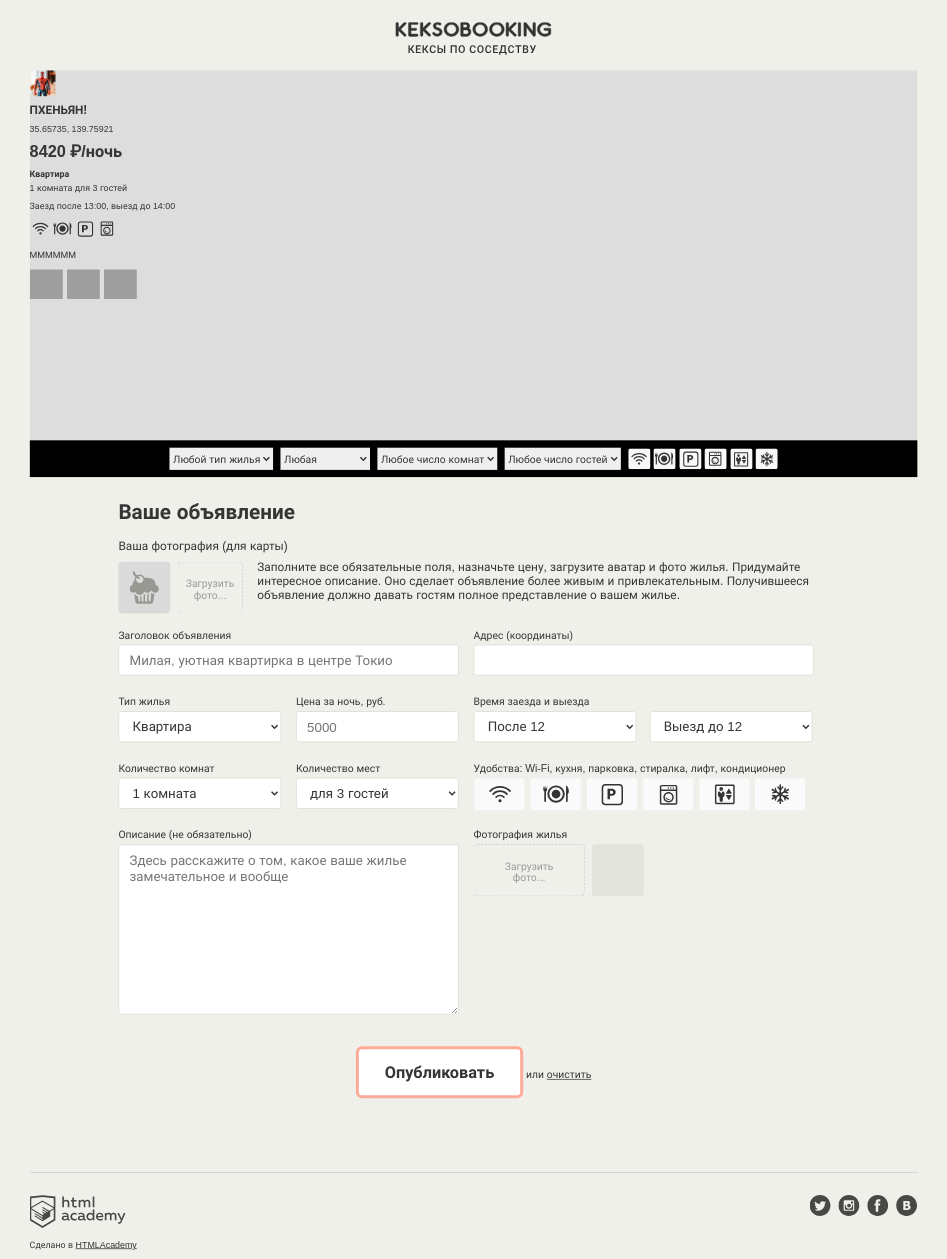
Repository: FirstBroRussia/1806037-keksobooking-24
Page: index.html
An editor plug-in stored every save of this project. The page is shown before and after the next save, followed by the edit.
The browser window is 1280 px wide. The pictures show the whole page, at 74% of full size.
Pictures or frames that could not be fetched are drawn as grey boxes.

Above is the page before, as saved 2021-12-02 01:44:40.

After the next save:
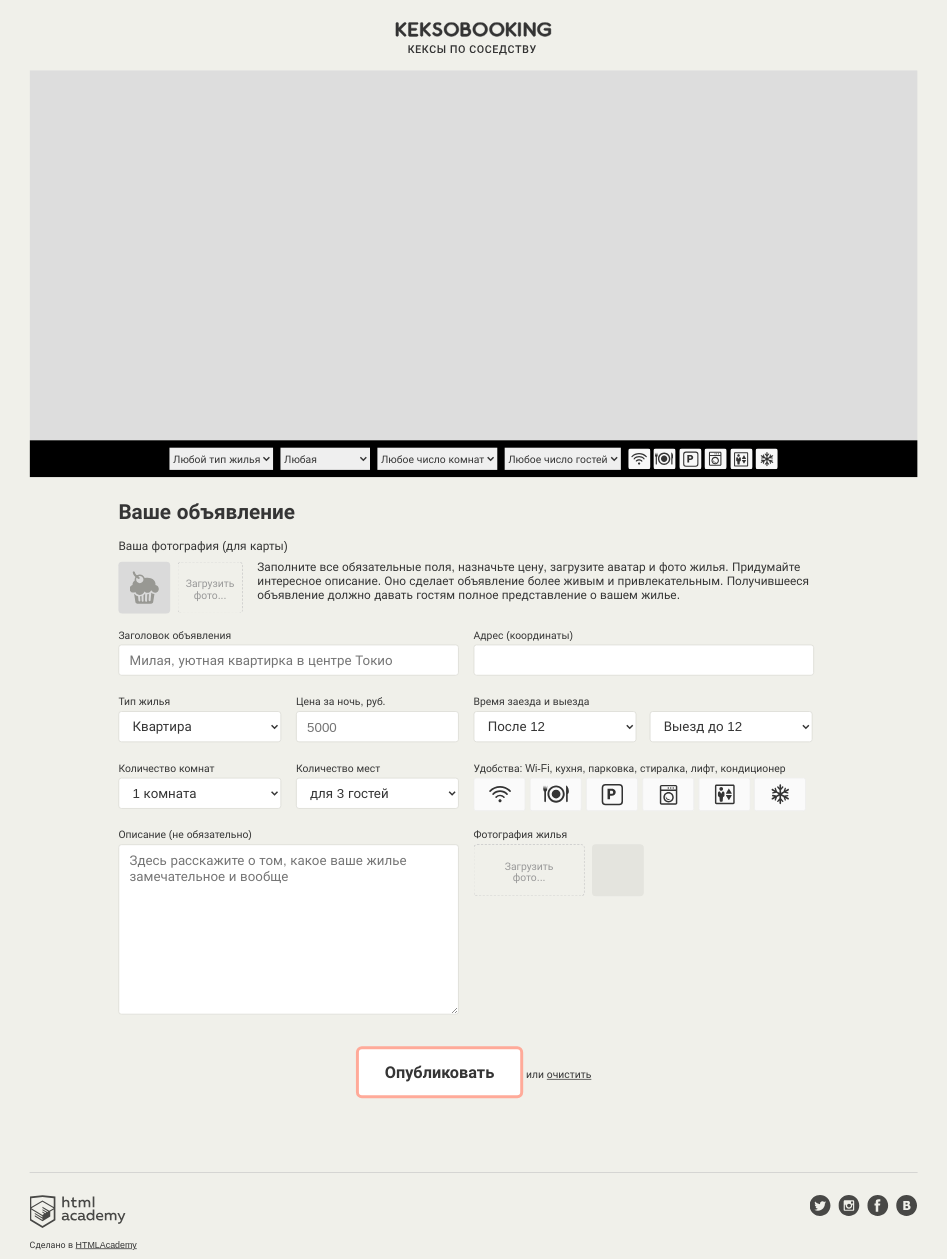
Console error: SyntaxError: Unexpected token '}'
Saved 3 min 34 s later.
--- a/js/form.js
+++ b/js/form.js
@@ -2,7 +2,7 @@
 
 const inputImageUploadAvatar = adForm.querySelector('.ad-form-header__input');
 const selectTypeHome = adForm.querySelector('#type-home');
-const optionsSelectTypeHome = selectTypeHome.querySelectorAll('option');
+const priceHome = adForm.querySelector('#price');
 
 function imageUploadChangeHandler () {
   const imageAvatar = adForm.querySelector('.ad-form-header__preview').querySelector('img');
@@ -12,6 +12,12 @@
 }
 
 inputImageUploadAvatar.addEventListener('change', imageUploadChangeHandler);
+
+function switchTypeHome (type) {
+  switch (type) {
+    case ''
+  }
+}
 
 selectTypeHome.addEventListener('change', (evt) => {
   console.log(evt.target.value);

After the save that followed:
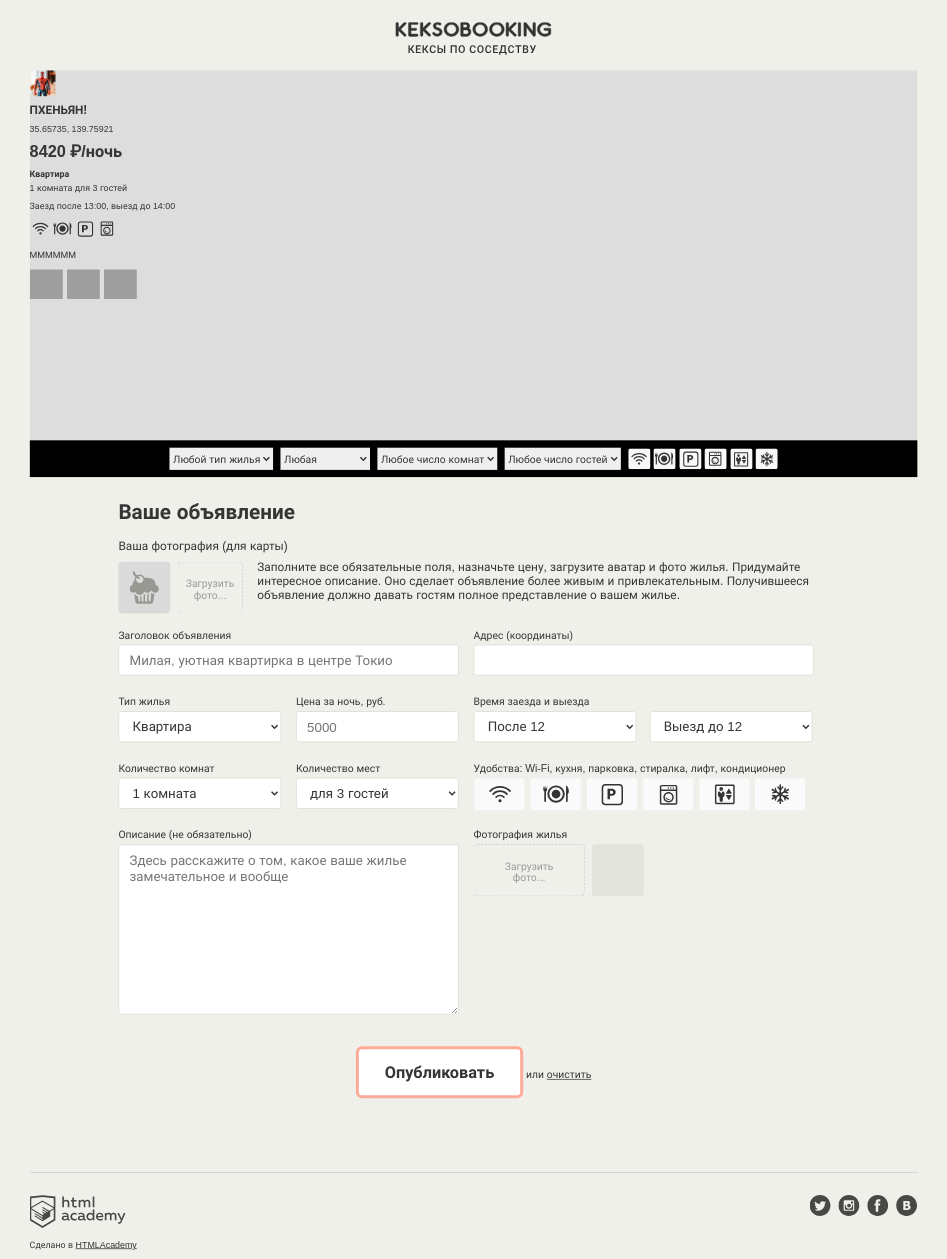
The error is gone.
Saved 109 s later.
--- a/js/form.js
+++ b/js/form.js
@@ -15,7 +15,11 @@
 
 function switchTypeHome (type) {
   switch (type) {
-    case ''
+    case 'bungalow' : return 0;
+    case 'flat' : return 1000;
+    case 'hotel' : return 3000;
+    case 'house' : return 5000;
+    case 'palace' : return 10000;
   }
 }
 
